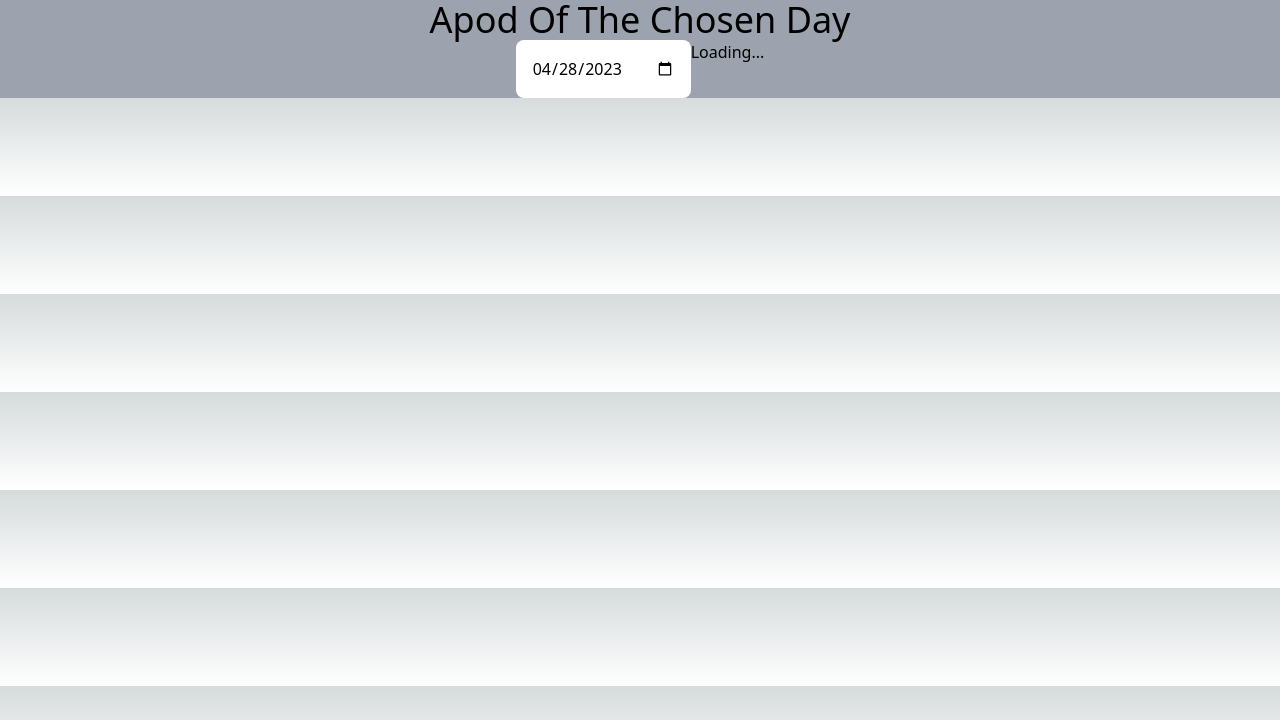
Repository: sercanisli/NasaApod
Page: /
These files come from the project's save history. The page is drawn as it stood at one moment and after the next save; the edit follows.
The browser window is 1280 px wide. The pictures show the whole page.
The page's requests for data from a server got no answer. The project was rebuilt for these pictures with package versions that can differ from the ones it lists, and the page was loaded fresh each time. The framework's server and built-in components were replaced by stand-ins that run in the browser. No one was signed in, and anything a server would have sent is missing. Also part of the build but not shown: next.config.js.

Above is the page before, as saved 2023-05-12 02:09:34.

### pages/index.js
import React, { useState } from 'react';
import DateSelector from '../components/DateSelector';
import Apod from '@/components/Apod';

const HomePage = () => {
  const [selectedDate, setSelectedDate] = useState(new Date().toISOString().substr(0, 10));

  const handleDateSelected = (date) => {
    setSelectedDate(date);
  };

  return (
    <div className="bg-gray-400">
      <DateSelector onDateSelected={handleDateSelected} />
      <Apod date={selectedDate} />
    </div>
  );
};

export default HomePage;

### components/DateSelector.js
import React from 'react';

const DateSelector = ({ onDateChange }) => {
  return (
    <div className="flex justify-center">
      <button onClick={() => onDateChange(new Date())}>
        <span className="text-4xl">Apod Of The Chosen Day</span>
      </button>
    </div>
  );
};

export default DateSelector;

### components/Apod.js
import React, { useState, useEffect } from 'react';
import axios from 'axios';

const API_KEY = 'EE0ZIoEOksDZKvkNgEcM1TfRaKWtTACerC0GhuJQ';

function Apod() {
  const [apodData, setApodData] = useState(null);
  const [selectedDate, setSelectedDate] = useState(new Date());

  useEffect(() => {
    const formatDate = date => {
      const year = date.getFullYear();
      const month = (date.getMonth() + 1).toString().padStart(2, '0');
      const day = date.getDate().toString().padStart(2, '0');
      return `${year}-${month}-${day}`;
    }

    const fetchApodData = async () => {
      try {
        const response = await axios.get(`https://api.nasa.gov/planetary/apod?api_key=${API_KEY}&date=${formatDate(selectedDate)}`);
        setApodData(response.data);
      } catch (error) {
        console.error(error);
      }
    };

    fetchApodData();
  }, [selectedDate]);

  const handleDateChange = event => {
    const selectedDate = new Date(event.target.value);
    setSelectedDate(selectedDate);
  };

  return (
    <div className="flex justify-center">
        <div className="bg-white rounded-lg p-4">
            <div className="w-full mx-auto text-center">
                <input className="inline-block" onchange="this.style.textAlign='center'" type="date" value={selectedDate.toISOString().substr(0, 10)} onChange={handleDateChange} />
            </div>
        </div>
      {apodData ? (
        <div>
          <h1>{apodData.title}</h1>
          <img src={apodData.url} alt={apodData.title} />
          <p>{apodData.explanation}</p>
        </div>
      ) : (
        <p>Loading...</p>
      )}
    </div>
  );
}

export default Apod;

Loaded but not shown: pages/_app.js (common file); pages/_document.js (common file); styles/globals.css (common file); tailwind.config.js (common file)

After the next save:
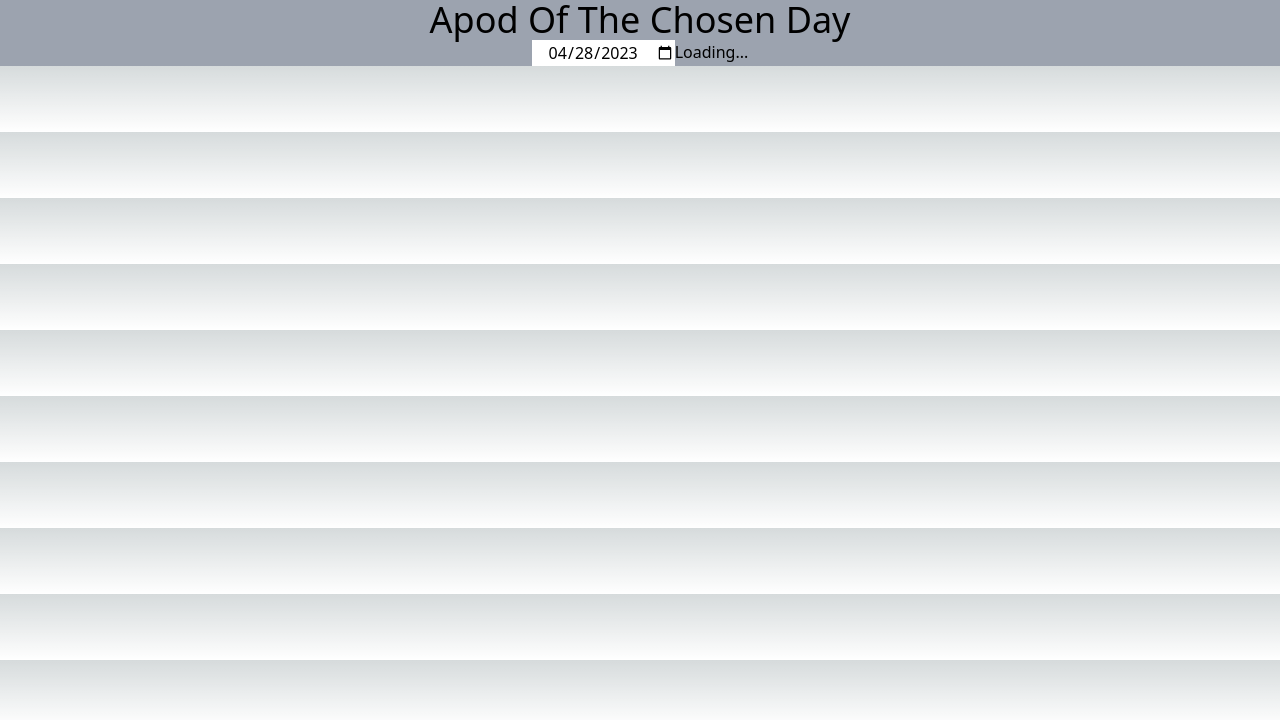
Saved 31 s later.
--- a/components/Apod.js
+++ b/components/Apod.js
@@ -34,10 +34,8 @@ function Apod() {
 
   return (
     <div className="flex justify-center">
-        <div className="bg-white rounded-lg p-4">
-            <div className="w-full mx-auto text-center">
-                <input className="inline-block" onchange="this.style.textAlign='center'" type="date" value={selectedDate.toISOString().substr(0, 10)} onChange={handleDateChange} />
-            </div>
+        <div>
+            <input className="w-full text-center"  type="date" value={selectedDate.toISOString().substr(0, 10)} onChange={handleDateChange} />
         </div>
       {apodData ? (
         <div>
